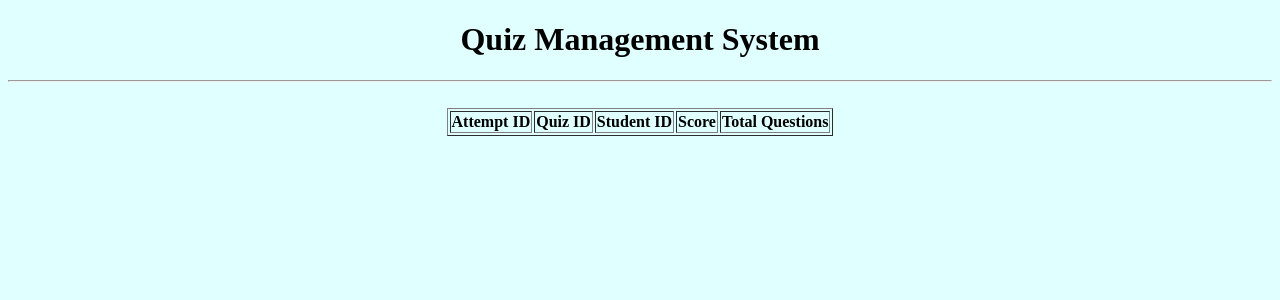
Repository: Rohitsenpai01/Quiz-Manangement-System
Page: http://localhost/WebQuizApp/viewresult.jsp
An editor plug-in stored every save of this project. The page is shown before and after the next save, followed by the edit.
The browser window is 1280 px wide. The pictures show the whole page.
The page is served by Tomcat 9. Queries for data that is not in the repository find no rows.

Above is the page before, as saved 2025-12-30 18:45:03.

After the next save:
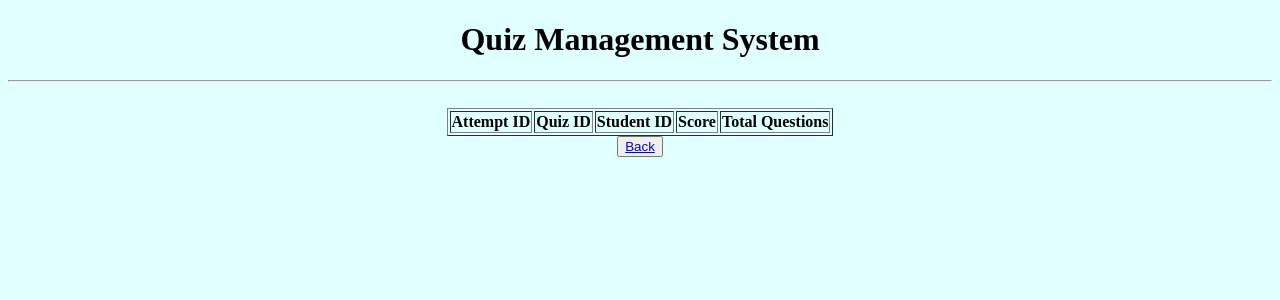
Saved 61 s later.
--- a/WebQuizApp/WebQuizApp/src/main/webapp/viewresult.jsp
+++ b/WebQuizApp/WebQuizApp/src/main/webapp/viewresult.jsp
@@ -34,6 +34,7 @@
 				</c:forEach>
 			</tbody>
 		</table>
+		<button type="button"><a href="admin.jsp">Back</a></button><br>
 	</div>
 </body>
 </html>
